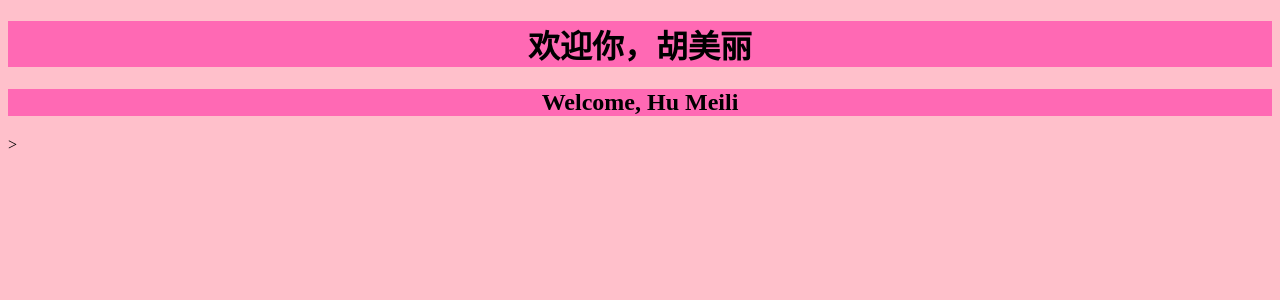
Repository: NanmeiYC/NanmeiYC.github.io
Page: zhuye.html
An editor plug-in stored every save of this project. The page is shown before and after the next save, followed by the edit.
The browser window is 1280 px wide. The pictures show the whole page.

Above is the page before, as saved 2021-05-28 23:35:57.

### zhuye.html
<!DOCTYPE html>
<html>
    <head>
        <meta charset=UTF-8>
        <title>欢迎我们美丽大方温柔善良的胡美丽</title>
    </head>
    <style>
        h1,h2{
            background-color:hotpink;
        }
    </style>
    <body bgcolor="pink">
        <body>
            <div align="center" >
            <h1>欢迎你，胡美丽</h1>
            <h2>Welcome, Hu Meili</h2>
            </div>
        </body>>
        <table>
            <tr align="center" cellpadding="10" width="1000" style="background-color: hotpink;"></tr>
        </table>
    </body>
</html>

After the next save:
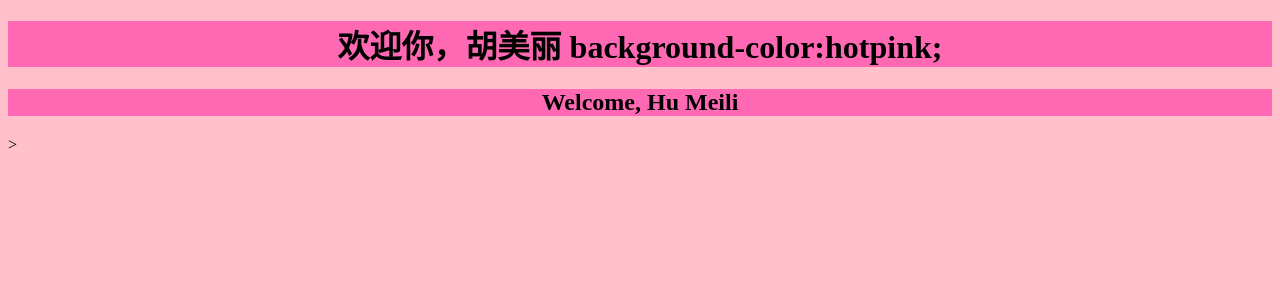
Saved 26 s later.
--- a/zhuye.html
+++ b/zhuye.html
@@ -12,7 +12,7 @@
     <body bgcolor="pink">
         <body>
             <div align="center" >
-            <h1>欢迎你，胡美丽</h1>
+            <h1>欢迎你，胡美丽 background-color:hotpink; </h1>
             <h2>Welcome, Hu Meili</h2>
             </div>
         </body>>
